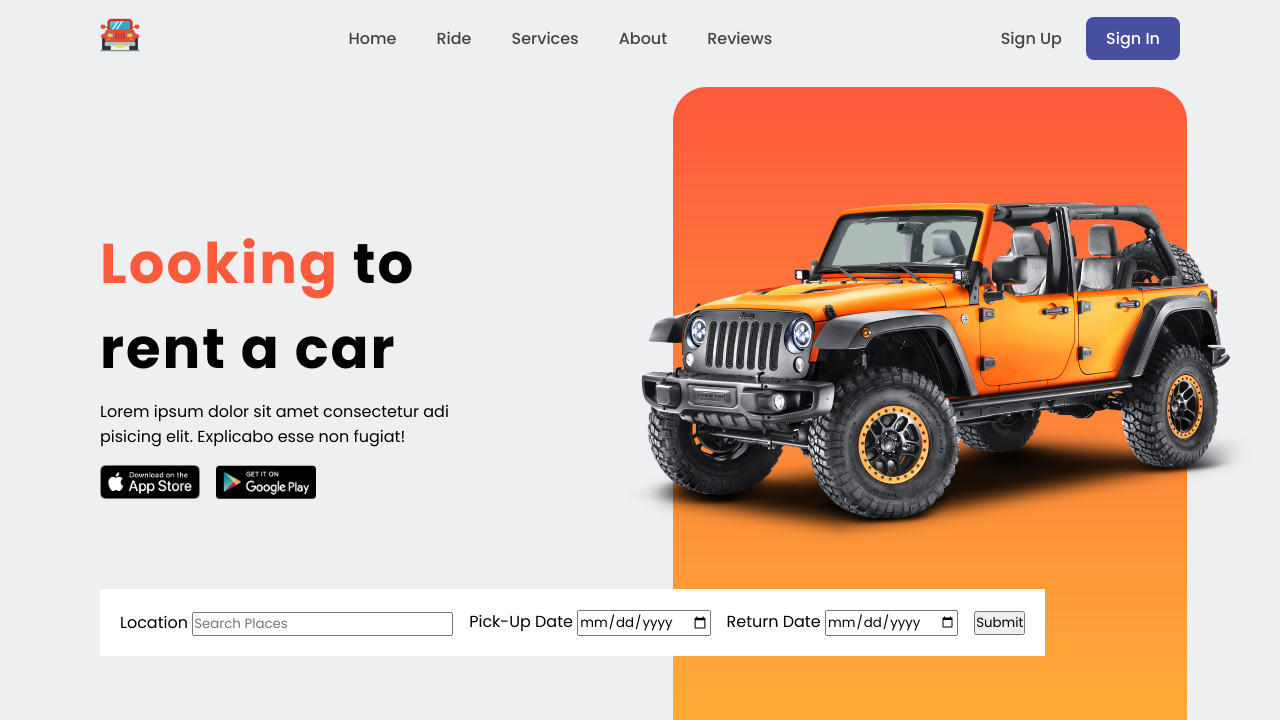
Repository: douglasabnovato/car-rental
Page: index.html
An editor plug-in stored every save of this project. The page is shown before and after the next save, followed by the edit.
The browser window is 1280 px wide. The pictures show the whole page.

Above is the page before, as saved 2025-05-16 12:13:21.

After the next save:
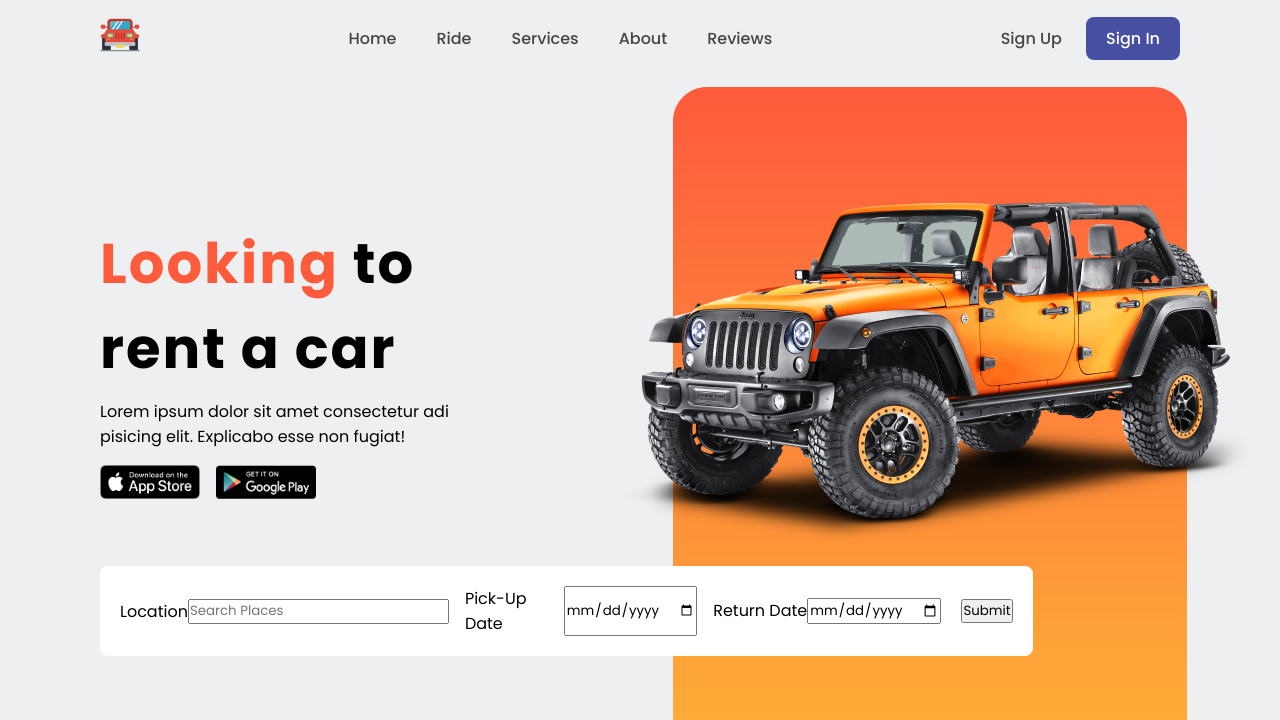
Saved 29 min 36 s later.
--- a/style.css
+++ b/style.css
@@ -154,4 +154,10 @@ header {
     left: 100px;
     background: #fff;
     padding: 20px;
+    border-radius: 0.5rem;
 }
+
+.input-box {
+    flex: 1 1 7rem;
+    display: flex;
+}
